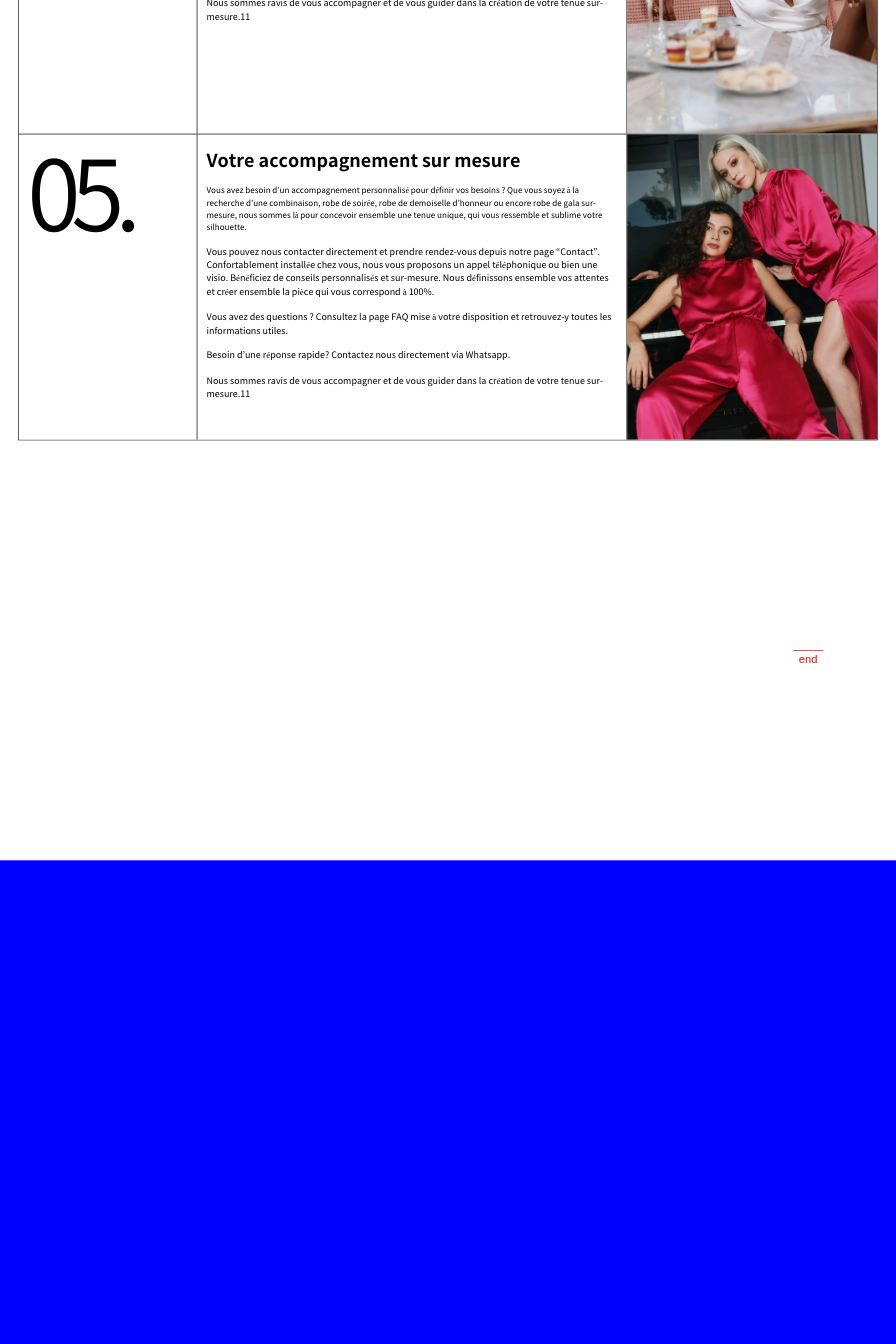
Repository: lwygold/motion
Page: layout/위로 하나씩 붙는 그리드.html
These files come from the project's save history. The page is drawn as it stood at one moment and after the next save; the edit follows.
The browser window is 1280 px wide. The pictures show the part of the page from y = 2800 to 4720 px (the page is 4749 px tall before and 4213 px after), at 70% of full size.

Above is the page before, as saved 2023-03-28 11:24:44.

### layout/위로 하나씩 붙는 그리드.html
<!DOCTYPE html>
<html lang="ko">

<head>
    <meta http-equiv="Content-Type" content="text/html;charset=utf-8" />
    <meta name="viewport" content="width=device-width, user-scalable=no, target-densitydpi=medium-dpi" />
    <meta name="apple-mobile-web-app-capable" content="yes" />
    <meta name="format-detection" content="telephone=no" />
    <meta http-equiv="X-UA-Compatible" content="IE=edge" />
    <meta http-equiv="x-rim-auto-match" content="none" />
    <link rel="shortcut icon" href="./images/favicon.ico" />
    <link rel="stylesheet" type="text/css" href="../assets/css/slick.css" />
    <link rel="stylesheet" type="text/css" href="../assets/css/common.css" />
    <!-- <link rel="stylesheet" type="text/css" href="../assets/css/main.css" />
    <link rel="stylesheet" type="text/css" href="../assets/css/sub.css" /> -->
    <title>테스트</title>
    <script src="../assets/js/jquery-3.3.1.min.js"></script>
    <script src="../assets/js/jquery-ui.min.js"></script>
    <script src="../assets/js/slick.min.js"></script>
    <script src="../assets/js/gsap.js"></script>
    <script src="../assets/js/gsap_scroll_trigger.js"></script>
    <script src="../assets/js/green.js"></script>
    <script src="../assets/js/common.js"></script>
    <script src="../assets/js/main.js"></script>
    <script src="../assets/js/sub.js"></script>
</head>

<style>
    section {
        max-width: 100%;
        padding: 0 2%;
        box-sizing: border-box;
    }

    section.top {
        width: 100vw;
        height: 100vh;
        background: red;
    }

    section.bottom {
        width: 100vw;
        height: 100vh;
        background: blue;
    }

    h2 {
        font-size: 5vw;
        text-align: center;
        margin: 5vw 0;
    }

    .grid__wrap {
        padding: 5vw 0;
        padding-bottom: 300px;
        margin-bottom: 300px;
    }

    .grid {
        border: 1px solid #000;
        box-sizing: border-box;
    }

    .grid__li1 {
        border-top: 1px solid #000;
        display: grid;
        grid-template-columns: repeat(24, minmax(0, 1fr));
        grid-template-rows: min-content minmax(0, 1fr);
        background: #fff;
    }

    .grid__li1>div:first-child {
        border-right: 1px solid #000;
        grid-column-start: 1;
        grid-column-end: 6;
        box-sizing: border-box;
        padding: 1vw;
    }

    .grid__li1>div:nth-child(2) {
        border-right: 1px solid #000;
        grid-column-start: 6;
        grid-column-end: 18;
        box-sizing: border-box;
    }

    .grid__li1>div:nth-child(3) {
        grid-column-start: 18;
        grid-column-end: 25;
    }

    .grid__li1>div:first-child span {
        font-size: 3.3vw;
        font-weight: 300;
        transform: scale(3.3);
        transform-origin: top left;
        display: inline-block;
        letter-spacing: -0.1em;
    }

    .grid__li1>div:nth-child(2) h3 {
        font-size: 2vw;
        line-height: 1.5;
        color: #000;
        padding: 1.3vw 1vw;
    }

    .grid__li1>div:nth-child(2)>p {
        font-size: 0.9vw;
        color: #000;
        margin-bottom: 1.3vw;
        line-height: 1.5;
        padding: 0 1vw;
    }

    .grid__li1>div:nth-child(2)>div>p {
        font-size: 1vw;
        line-height: 1.5;
        color: #000;
        margin-bottom: 1.3vw;
        padding: 0 1vw;
    }

    .grid__li1>div:nth-child(3) img {
        width: 100%;
        height: 100%;
        object-fit: cover;
    }
</style>

<body>

    <section class="top"></section>
    <section class="start">

        <div>
            <h2>start</h2>
            <div class="grid__wrap">
                <ul class="grid">
                    <li class="grid__li1">
                        <div>
                            <span>01.</span>
                        </div>
                        <div>
                            <h3>
                                Votre accompagnement sur mesure
                            </h3>
                            <p>
                                Vous avez besoin d’un accompagnement personnalisé pour définir vos besoins ?
                                Que vous soyez à la recherche d’une combinaison, robe de soirée, robe de demoiselle
                                d’honneur ou encore robe de gala sur-mesure, nous sommes là pour concevoir ensemble une
                                tenue unique, qui vous ressemble et sublime votre silhouette.
                            </p>
                            <div>
                                <p>Vous pouvez nous contacter directement et prendre rendez-vous depuis notre page
                                    “Contact”. Confortablement installée chez vous, nous vous proposons un appel
                                    téléphonique ou bien une visio. Bénéficiez de conseils personnalisés et sur-mesure.
                                    Nous définissons ensemble vos attentes et créer ensemble la pièce qui vous
                                    correspond à 100%.</p>
                                <p>Vous avez des questions ? Consultez la page FAQ mise à votre disposition et
                                    retrouvez-y toutes les informations utiles.</p>
                                <p>Besoin d’une réponse rapide? Contactez nous directement via Whatsapp.</p>
                                <p> Nous sommes ravis de vous accompagner et de vous guider dans la création de votre
                                    tenue sur-mesure.11</p>
                            </div>
                        </div>
                        <div>
                            <img src="./images/11.png" alt="">
                        </div>
                    </li>
                    <li class="grid__li1">
                        <div>
                            <span>02.</span>
                        </div>
                        <div>
                            <h3>
                                Votre accompagnement sur mesure
                            </h3>
                            <p>
                                Vous avez besoin d’un accompagnement personnalisé pour définir vos besoins ?
                                Que vous soyez à la recherche d’une combinaison, robe de soirée, robe de demoiselle
                                d’honneur ou encore robe de gala sur-mesure, nous sommes là pour concevoir ensemble une
                                tenue unique, qui vous ressemble et sublime votre silhouette.
                            </p>
                            <div>
                                <p>Vous pouvez nous contacter directement et prendre rendez-vous depuis notre page
                                    “Contact”. Confortablement installée chez vous, nous vous proposons un appel
                                    téléphonique ou bien une visio. Bénéficiez de conseils personnalisés et sur-mesure.
                                    Nous définissons ensemble vos attentes et créer ensemble la pièce qui vous
                                    correspond à 100%.</p>
                                <p>Vous avez des questions ? Consultez la page FAQ mise à votre disposition et
                                    retrouvez-y toutes les informations utiles.</p>
                                <p>Besoin d’une réponse rapide? Contactez nous directement via Whatsapp.</p>
                                <p> Nous sommes ravis de vous accompagner et de vous guider dans la création de votre
                                    tenue sur-mesure.11</p>
                            </div>
                        </div>
                        <div>
                            <img src="./images/22.png" alt="">
                        </div>
                    </li>
                    <li class="grid__li1">
                        <div>
                            <span>03.</span>
                        </div>
                        <div>
                            <h3>
                                Votre accompagnement sur mesure
                            </h3>
                            <p>
                                Vous avez besoin d’un accompagnement personnalisé pour définir vos besoins ?
                                Que vous soyez à la recherche d’une combinaison, robe de soirée, robe de demoiselle
                                d’honneur ou encore robe de gala sur-mesure, nous sommes là pour concevoir ensemble une
                                tenue unique, qui vous ressemble et sublime votre silhouette.
                            </p>
                            <div>
                                <p>Vous pouvez nous contacter directement et prendre rendez-vous depuis notre page
                                    “Contact”. Confortablement installée chez vous, nous vous proposons un appel
                                    téléphonique ou bien une visio. Bénéficiez de conseils personnalisés et sur-mesure.
                                    Nous définissons ensemble vos attentes et créer ensemble la pièce qui vous
                                    correspond à 100%.</p>
                                <p>Vous avez des questions ? Consultez la page FAQ mise à votre disposition et
                                    retrouvez-y toutes les informations utiles.</p>
                                <p>Besoin d’une réponse rapide? Contactez nous directement via Whatsapp.</p>
                                <p> Nous sommes ravis de vous accompagner et de vous guider dans la création de votre
                                    tenue sur-mesure.11</p>
                            </div>
                        </div>
                        <div>
                            <img src="./images/33.png" alt="">
                        </div>
                    </li>
                    <li class="grid__li1">
                        <div>
                            <span>04.</span>
                        </div>
                        <div>
                            <h3>
                                Votre accompagnement sur mesure
                            </h3>
                            <p>
                                Vous avez besoin d’un accompagnement personnalisé pour définir vos besoins ?
                                Que vous soyez à la recherche d’une combinaison, robe de soirée, robe de demoiselle
                                d’honneur ou encore robe de gala sur-mesure, nous sommes là pour concevoir ensemble une
                                tenue unique, qui vous ressemble et sublime votre silhouette.
                            </p>
                            <div>
                                <p>Vous pouvez nous contacter directement et prendre rendez-vous depuis notre page
                                    “Contact”. Confortablement installée chez vous, nous vous proposons un appel
                                    téléphonique ou bien une visio. Bénéficiez de conseils personnalisés et sur-mesure.
                                    Nous définissons ensemble vos attentes et créer ensemble la pièce qui vous
                                    correspond à 100%.</p>
                                <p>Vous avez des questions ? Consultez la page FAQ mise à votre disposition et
                                    retrouvez-y toutes les informations utiles.</p>
                                <p>Besoin d’une réponse rapide? Contactez nous directement via Whatsapp.</p>
                                <p> Nous sommes ravis de vous accompagner et de vous guider dans la création de votre
                                    tenue sur-mesure.11</p>
                            </div>
                        </div>
                        <div>
                            <img src="./images/44.png" alt="">
                        </div>
                    </li>
                    <li class="grid__li1">
                        <div>
                            <span>05.</span>
                        </div>
                        <div>
                            <h3>
                                Votre accompagnement sur mesure
                            </h3>
                            <p>
                                Vous avez besoin d’un accompagnement personnalisé pour définir vos besoins ?
                                Que vous soyez à la recherche d’une combinaison, robe de soirée, robe de demoiselle
                                d’honneur ou encore robe de gala sur-mesure, nous sommes là pour concevoir ensemble une
                                tenue unique, qui vous ressemble et sublime votre silhouette.
                            </p>
                            <div>
                                <p>Vous pouvez nous contacter directement et prendre rendez-vous depuis notre page
                                    “Contact”. Confortablement installée chez vous, nous vous proposons un appel
                                    téléphonique ou bien une visio. Bénéficiez de conseils personnalisés et sur-mesure.
                                    Nous définissons ensemble vos attentes et créer ensemble la pièce qui vous
                                    correspond à 100%.</p>
                                <p>Vous avez des questions ? Consultez la page FAQ mise à votre disposition et
                                    retrouvez-y toutes les informations utiles.</p>
                                <p>Besoin d’une réponse rapide? Contactez nous directement via Whatsapp.</p>
                                <p> Nous sommes ravis de vous accompagner et de vous guider dans la création de votre
                                    tenue sur-mesure.11</p>
                            </div>
                        </div>
                        <div>
                            <img src="./images/55.png" alt="">
                        </div>
                    </li>
                </ul>
            </div>
        </div>

    </section>
    <section class="bottom"></section>





    <script>

        $(function () {

            gsap.registerPlugin(ScrollTrigger);

            const h1 = $('.grid__li1>div:nth-child(2) h3').outerHeight();
            const panels = gsap.utils.toArray(".grid__li1");
            const panels2 = gsap.utils.toArray(".grid__li1 span");
            let panels_cnt = $('.grid__li1').length;
            const h2 = $('.grid__li1').outerHeight();
            const t1 = gsap.timeline({
                scrollTrigger: {
                    trigger: '.grid__wrap',
                    start: "top top",
                    end: "bottom",
                    pin: true,
                    pinSpacing: false,
                    scrub: true,
                    markers: true,
                }
            });



            panels.forEach((panel, i, p) => {

                if(i!=panels_cnt){
                    t1.to(p[i+1],{
                        y: -(h2*(i+1))-(h1*(i+1)-(h1*2)),
                    })

                    t1.to(panels2[i+1],{
                        transform: "scale(1)"
                    });
                }


            });











        });

    </script>
</body>

</html>

Loaded but not shown: assets/css/slick.css (common file); assets/js/jquery-3.3.1.min.js (library); assets/js/jquery-ui.min.js (library); assets/js/slick.min.js (library); assets/js/gsap.js (library); assets/js/gsap_scroll_trigger.js (library); assets/js/green.js (187 lines, source omitted); assets/js/main.js (17 lines, source omitted); assets/js/common.js (7 lines, source omitted); assets/js/sub.js (3 lines, source omitted); assets/css/common.css (619 lines, source omitted)

After the next save:
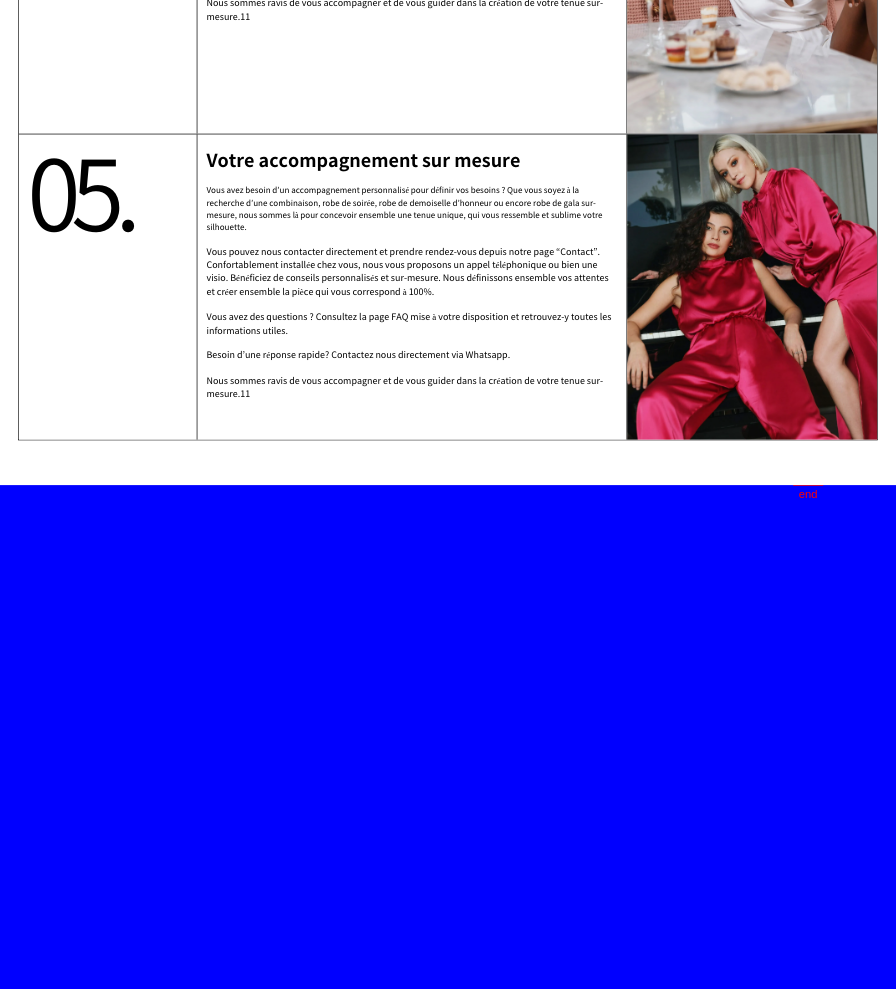
Saved 21 s later.
--- a/layout/위로 하나씩 붙는 그리드.html
+++ b/layout/위로 하나씩 붙는 그리드.html
@@ -52,8 +52,6 @@
 
     .grid__wrap {
         padding: 5vw 0;
-        padding-bottom: 300px;
-        margin-bottom: 300px;
     }
 
     .grid {
